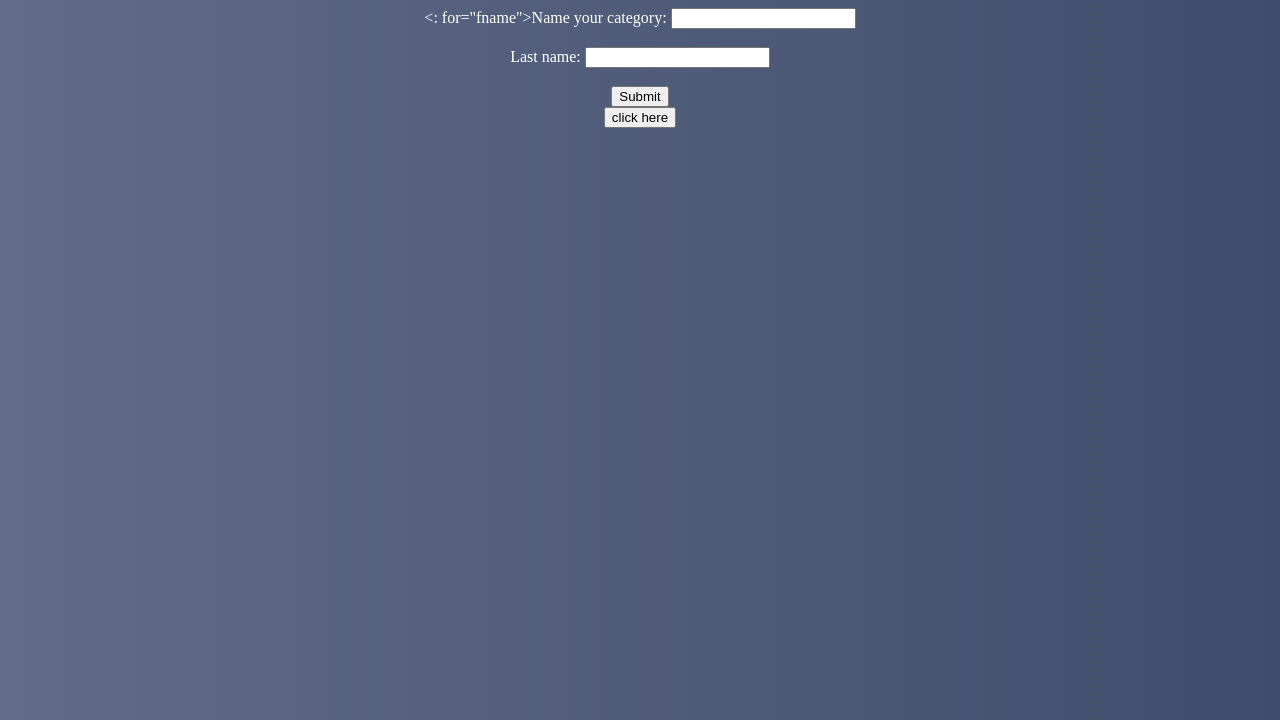
Repository: Darkingfired/Game
Page: index.html
An editor plug-in stored every save of this project. The page is shown before and after a run of saves, followed by the edit.
The browser window is 1280 px wide. The pictures show the whole page.

Above is the page before, as saved 2022-09-04 14:42:50.
Console error: ReferenceError: readLine is not defined

### index.html
<!DOCTYPE html>
<html lang="en">
  <head>
    <title>Hangman Game</title>
    <meta charset="UTF-8" />
    <meta http-equiv="X-UA-Compatible" content="IE=edge" />
    <meta name="viewport" content="width=device-width, initial-scale=1.0" />
    <link rel="stylesheet" href="style.css" />
    <script defer src="script.js"></script>
  </head>
  <body>
    <form action="/action_page.php" method="get">
      <: for="fname">Name your category:</label>
      <input type="text" id="fname" name="fname"><br><br>
      <label for="lname">Last name:</label>
      <input type="text" id="lname" name="lname"><br><br>
      <input type="submit" value="Submit">
    </form>
    <button class="button button4"><a>click here</a></button>
  </body>
</html>

### style.css
body {
  /** background-image: linear-gradient(to right, #f46b45, #eea849); */
  background-image: linear-gradient(to right, #606c88, #3f4c6b);
  color: white;
  text-align: center;
}
.wrapper {
  width: fit-content;
  margin: auto;
}
.hint-div {
  display: flex;
  color: chartreuse;
}
.hint-button,
.reset-button,
.notification-button {
  cursor: pointer;
}
.reset-button {
  margin-left: auto;
}
.alpha {
  width: 2rem;
  height: 2rem;
  background: #ffe5b4;
  border: none;
  border-radius: 4px;
  margin: 3px;
  cursor: pointer;
}
.alpha:hover {
  background-color: #e75480;
  border: none;
}
.disabled {
  pointer-events: none;
  background-color: darkgray;
}

.word-div {
  display: inline-flex;
}
.word {
  margin-right: 1.5rem;
}
.notification {
  position: absolute;
  top: 50%;
  left: 50%;
  transform: translate(-50%, -50%);
  background: #fc6c85;
  width: 20rem;
  padding: 20px 10px;
  border-radius: 4px;
  box-shadow: 3px 3px 1px 1px rgba(0, 0, 0, 0.2);
}
.blur {
  filter: blur(2px);
}
.hidden {
  display: none;
}

### script.js
// import React from 'react';


var input_user;
readLine(prompt);

After the next 3 saves:
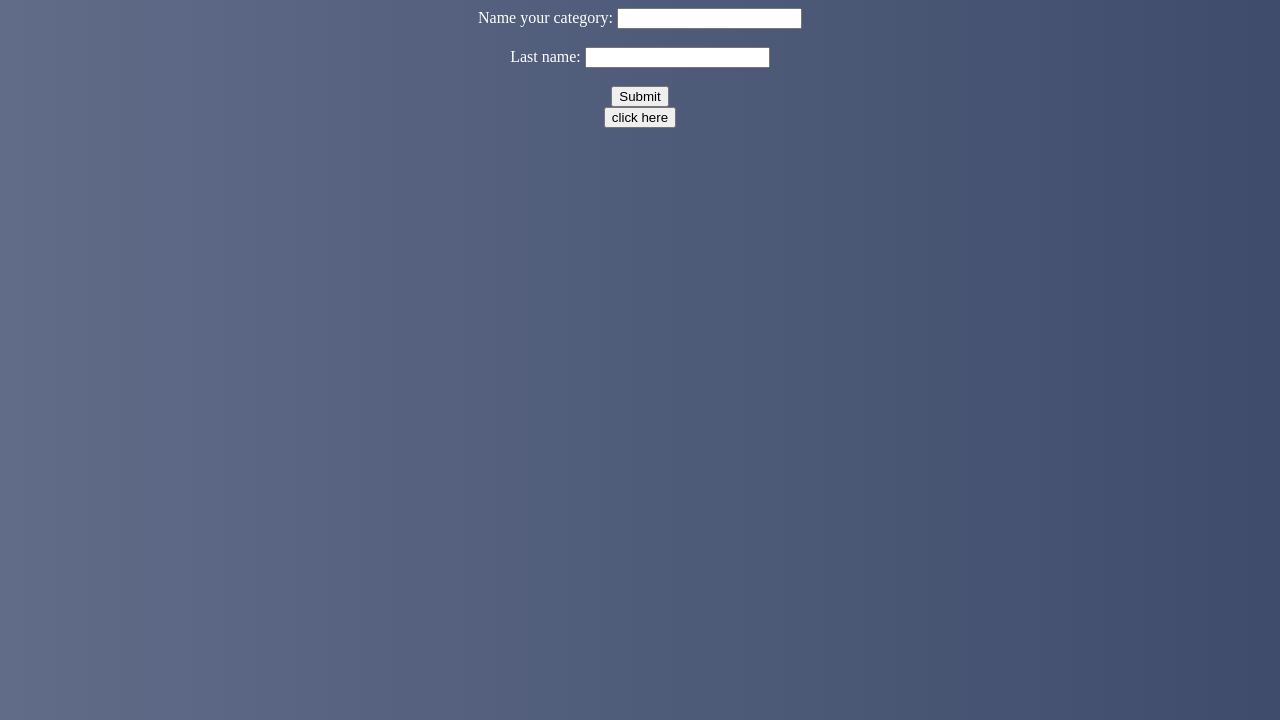
The 3 saves are shown as one change because they came seconds apart.
The last was saved 11 s later.
--- a/index.html
+++ b/index.html
@@ -10,7 +10,7 @@
   </head>
   <body>
     <form action="/action_page.php" method="get">
-      <: for="fname">Name your category:</label>
+      <label for="fname">Name your category</label>:</label>
       <input type="text" id="fname" name="fname"><br><br>
       <label for="lname">Last name:</label>
       <input type="text" id="lname" name="lname"><br><br>
